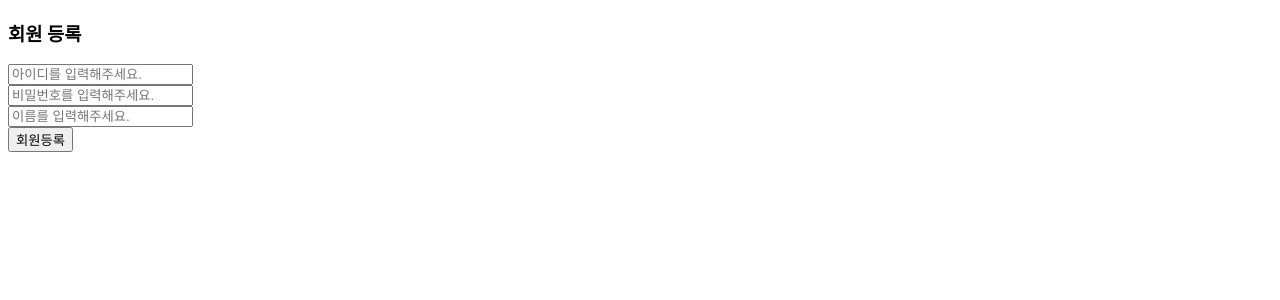
Repository: Luho0113/SpringBootStudy
Page: http://localhost/web/user-insert.jsp
An editor plug-in stored every save of this project. The page is shown before and after the next save, followed by the edit.
The browser window is 1280 px wide. The pictures show the whole page.
The page is served by Tomcat 9. Other server files are loaded and not shown.

Above is the page before, as saved 2023-05-04 06:16:49.

### web/src/main/webapp/user-insert.jsp
<%@ page language="java" contentType="text/html; charset=UTF-8"
    pageEncoding="UTF-8"%>
<!DOCTYPE html>
<html>
<head>
<meta charset="UTF-8">
<title>User Insert</title>
</head>
<body>
<h3>회원 등록</h3>
<form action="/user-insert-ok.jsp" method="POST">
	<!-- name속성은 key값(서버로 보내는), id속성은 자바스크립트에서 사용하기 위함 -->
	<input type="text" name="uiId" placeholder="아이디를 입력해주세요." /> <br>
	<input type="password" name="uiPwd" placeholder="비밀번호를 입력해주세요." /> <br>
	<input type="text" name="uiName" placeholder="이름를 입력해주세요." /> <br>
	<button>회원등록</button>
</form>

</body>
</html>

After the next save:
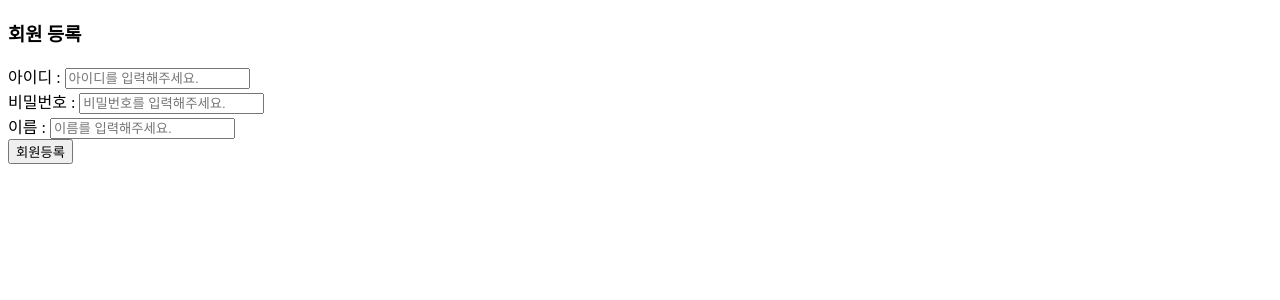
Saved 4 min 12 s later.
--- a/web/src/main/webapp/user-insert.jsp
+++ b/web/src/main/webapp/user-insert.jsp
@@ -10,9 +10,9 @@
 <h3>회원 등록</h3>
 <form action="/user-insert-ok.jsp" method="POST">
 	<!-- name속성은 key값(서버로 보내는), id속성은 자바스크립트에서 사용하기 위함 -->
-	<input type="text" name="uiId" placeholder="아이디를 입력해주세요." /> <br>
-	<input type="password" name="uiPwd" placeholder="비밀번호를 입력해주세요." /> <br>
-	<input type="text" name="uiName" placeholder="이름를 입력해주세요." /> <br>
+	아이디 : <input type="text" name="uiId" placeholder="아이디를 입력해주세요." /> <br>
+	비밀번호 : <input type="password" name="uiPwd" placeholder="비밀번호를 입력해주세요." /> <br>
+	이름 : <input type="text" name="uiName" placeholder="이름를 입력해주세요." /> <br>
 	<button>회원등록</button>
 </form>
 
